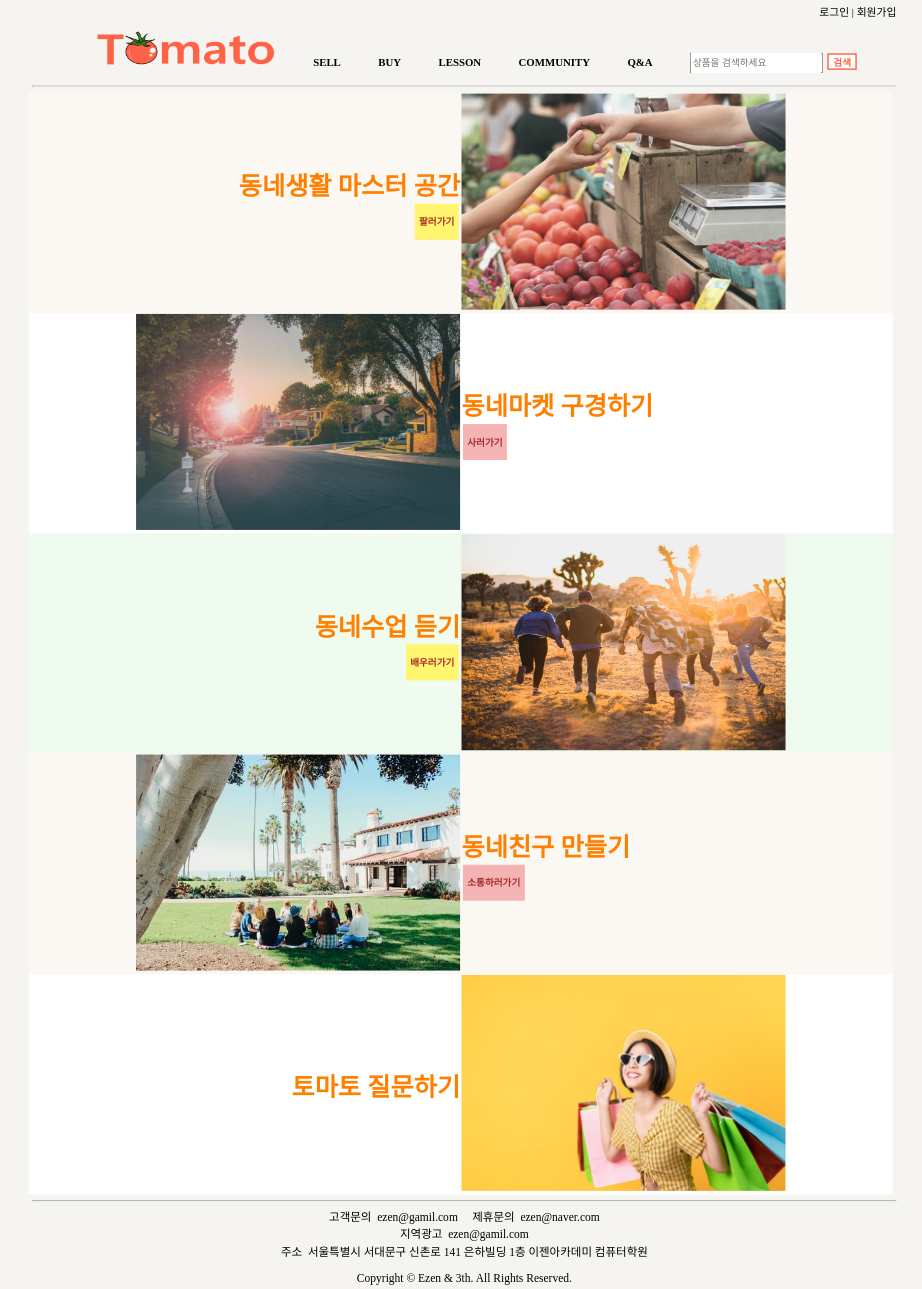
Repository: javadogfoot/semi-project
Page: http://localhost/tomato/indextest.jsp
These files come from the project's save history. The page is drawn as it stood at one moment and after the next save; the edit follows.
The browser window is 1280 px wide. The pictures show the whole page, at 72% of full size.
The page is served by Tomcat 9. Other server files are loaded and not shown.

Above is the page before, as saved 2021-10-19 16:43:23.

### semi프로젝트워크스페이스/tomato/src/main/webapp/indextest.jsp
<%@ page language="java" contentType="text/html; charset=UTF-8"
    pageEncoding="UTF-8"%>
<!DOCTYPE html>
<html>
<head>
<meta charset="UTF-8">
<title>Tomato</title>
<link rel="stylesheet" type="text/css" href="/tomato/css/mainLayout.css">
<style>
.background-color1{
	background-color: #FBF7F2;
}
.background-color2{
	background-color: white
}
.background-color3{
	background-color: #EFFBEF;
}
.textright{
	text-align: right;
}
.textcenter{
	text-align: center;
}
table {
	width: 1200px;
	margin: 0px auto;
	border-collapse: collapse;
}
span {
	font-size: 35px;
	color: #FF8000;
	font-weight: bold;
}
.joinbtn1{
   background-color: #FFF56E;
   color: brown;
   font-weight: bold;
   height:50px;
   border: 0px solid ;
   margin:2px;
}
.joinbtn1:hover{
   background: #FFC81E;
   color: #FFF56E;
   font-weight: bold;
   height:50px;
   border: none;
   margin:2px;
}
.joinbtn2{
   background-color: 	#F4B4B4 ;
   color: brown;
   font-weight: bold;
   height:50px;
   border: 0px solid ;
   margin:2px;
}
.joinbtn2:hover{
   background: #FF9696;
   color: 	#F4B4B4;
   font-weight: bold;
   height:50px;
   border: none;
   margin:2px;
}
</style>
</head>
<body>
<%@include file="/header.jsp" %>
<table>
	<tr class="background-color1">
		<td class="textright"><span>동네생활 마스터 공간</span><br>
		<a href="/tomato/sell/sell.jsp"><input class="joinbtn1" type="button" value="팔러가기"></a>
		</td>
		<td><img src="img/과일거래.jpg" alt="메인 상단 이미지1" width="450" height="300"></td>
	</tr>
	<tr class="background-color2">
		<td class="textright"><img src="img/동네.jpg" alt="메인 상단 이미지1" width="450" height="300"></td>
		<td><span>동네마켓 구경하기</span><br>
		<a href="/tomato/buy/buyList.jsp?col=s_idx&range=desc"><input class="joinbtn2" type="button" value="사러가기"></a>
		</td>
	</tr>
	<tr class="background-color3">
		<td class="textright"><span>동네수업 듣기</span><br>
		<a href="/tomato/lesson/lessonList.jsp"><input class="joinbtn1" type="button" value="배우러가기"></a>
		</td>
		<td><img src="img/동네친구.jpeg" alt="메인 상단 이미지1" width="450" height="300"></td>
	</tr>
	<tr class="background-color1">
		<td class="textright"><img src="img/레슨.jpg" alt="메인 상단 이미지1" width="450" height="300"></td>
		<td><span>동네친구 만들기</span><br>
		<a href="/tomato/community/community.jsp"><input class="joinbtn2" type="button" value="소통하러가기"></a>
		</td>
	</tr>
	<tr class="background-color2">
		<td class="textright"><span>토마토 질문하기</span><br></td>
		<td><img src="img/쇼핑.jpg" alt="메인 상단 이미지1" width="450" height="300"></td>
	</tr>
</table>
<%@include file="/footer.jsp" %>
</body>
</html>

### semi프로젝트워크스페이스/tomato/src/main/webapp/header.jsp
<%@ page language="java" contentType="text/html; charset=UTF-8"
    pageEncoding="UTF-8"%>
<!DOCTYPE html>
<html>
<head>
<meta charset="UTF-8">
<title>Insert title here</title>
<style>

#btn1{
   background-color: white;
   color: tomato;
   font-weight: bold;
   height:23px;
   border: none;
   margin:2px;
   border: 2px solid tomato;
}
#btn1:hovertn1{
   background-color: tomato;
   color: white;
   font-weight: bold;
   height:23px;
   border: none;
   margin:2px;
   border: 2px solid tomato;
}
</style>
</head>
<body>
<header>
<%
String m_id=(String)session.getAttribute("m_id");
String m_name=(String)session.getAttribute("m_name");
if(m_id==null){
   %>
   <div>
   <a href="/tomato/member/login.jsp">로그인</a> | <a href="/tomato/member/join.jsp">회원가입</a>
   </div>
   <%
}else{
      %>
   <div>
   <%
   if(m_id.equals("admin")){
      %>
      <a href="/tomato/admin/memberList_admin.jsp"><%=m_name %>님 마이페이지</a> |
      <%
   }else{
      %>
      <a href="/tomato/member/mypage.jsp"><%=m_name %>님 마이페이지</a> |
      <%
   }
   %>
   <a href="/tomato/member/logout.jsp">로그아웃</a>
   </div>
   <%
}
%>
<nav>
<ul>
   <li><h1><a href="/tomato/index.jsp"><img src="/tomato/img/토마토_메인로고.png" alt="메인로고" height="50px" width="250px"></a></h1></li>
   <li><h2><a href="/tomato/sell/sell.jsp">SELL</a></h2></li>
   <li><h2><a href="/tomato/buy/buyList.jsp?col=s_idx&range=desc">BUY</a></h2></li>
   <li><h2><a href="/tomato/lesson/lessonList.jsp">LESSON</a></h2></li>
   <li><h2><a href="/tomato/community/community.jsp">COMMUNITY</a></h2></li>
   <li><h2><a href="/tomato/qna/qnaList.jsp">Q&A</a></h2></li>
   <li>
		<form name="headerSearch" action="/tomato/buy/headerBuySearch.jsp" style="display: inline;">
			<input type="text" name="searchValue" placeholder="상품을 검색하세요">
			<input type="submit" value="검색" id="btn1">
		</form>
	</li>
</ul>
</nav>
<hr/>
</header>
</body>
</html>

### semi프로젝트워크스페이스/tomato/src/main/webapp/footer.jsp
<%@ page language="java" contentType="text/html; charset=UTF-8"
    pageEncoding="UTF-8"%>
<!DOCTYPE html>
<html>
<head>
<meta charset="UTF-8">
<title>Insert title here</title>
</head>
<body>
<footer>
<hr/>
<div>
고객문의&nbsp;&nbsp;ezen@gamil.com &nbsp;&nbsp;&nbsp;&nbsp;제휴문의&nbsp;&nbsp;ezen@naver.com
<br/>
지역광고&nbsp;&nbsp;ezen@gamil.com
<br/>
주소&nbsp;&nbsp;서울특별시 서대문구 신촌로 141 은하빌딩 1층 이젠아카데미 컴퓨터학원
</div>
<br/>
<div>Copyright &copy; Ezen & 3th. All Rights Reserved.</div>
</footer>
</body>
</html>

### semi프로젝트워크스페이스/tomato/src/main/webapp/css/mainLayout.css
@charset "UTF-8";
body{
   background-color: #f5f4f0;
   margin: 5px auto;
   width: 1200px;
}
header{
   width: 1200px;
   margin: 5px;
}
header div{
   text-align: right;
   font-size: 15px;
}
header div a{
   color: black;
   text-decoration: none;
}
header div a:hover{
   color: black;
   text-decoration: underline;
}
h1{
   font-size: 45px;
   color: tomato;
   display: inline;
}
h1 a{
   text-decoration: none;
   color: tomato;
}
h2{
   color: black;
   display: inline;
   font-size: 15px;
}
h2 a{
   text-decoration: none;
   color: black;
}
header nav li{
   list-style-type: none;
   display: inline;
   color: black;
   margin-left: 48px;
}
header input{

   height: 23px;
}
section{
   width: 1200px;
}
footer{
   width: 1200px;
   clear: both;
   margin: 5px;
   text-align: center;
}

After the next save:
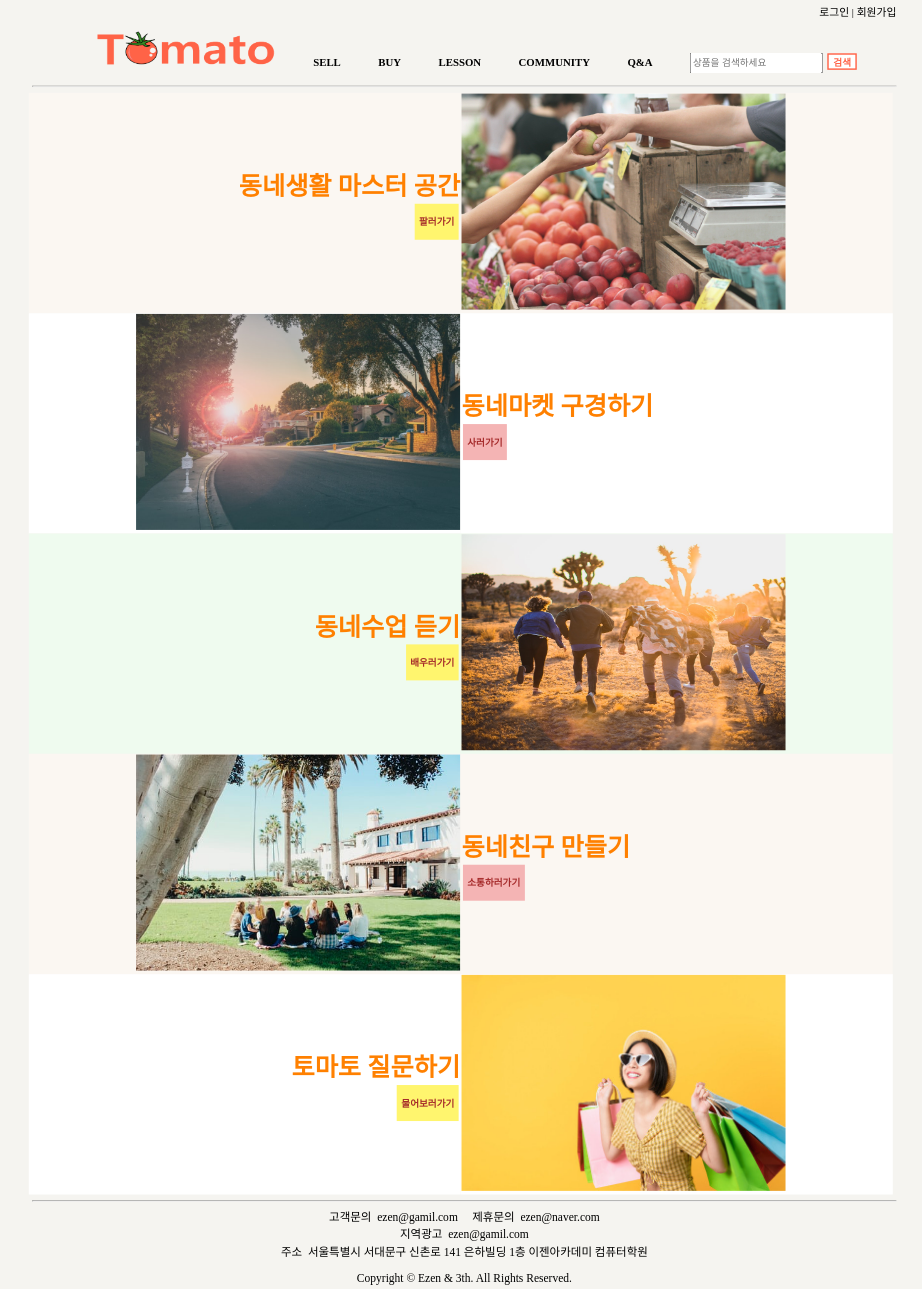
Saved 16 s later.
--- a/semi프로젝트워크스페이스/tomato/src/main/webapp/indextest.jsp
+++ b/semi프로젝트워크스페이스/tomato/src/main/webapp/indextest.jsp
@@ -94,7 +94,9 @@ span {
 		</td>
 	</tr>
 	<tr class="background-color2">
-		<td class="textright"><span>토마토 질문하기</span><br></td>
+		<td class="textright"><span>토마토 질문하기</span><br>
+		<a href="/tomato/qna/qnaList.jsp"><input class="joinbtn1" type="button" value="물어보러가기">
+		</td>
 		<td><img src="img/쇼핑.jpg" alt="메인 상단 이미지1" width="450" height="300"></td>
 	</tr>
 </table>
